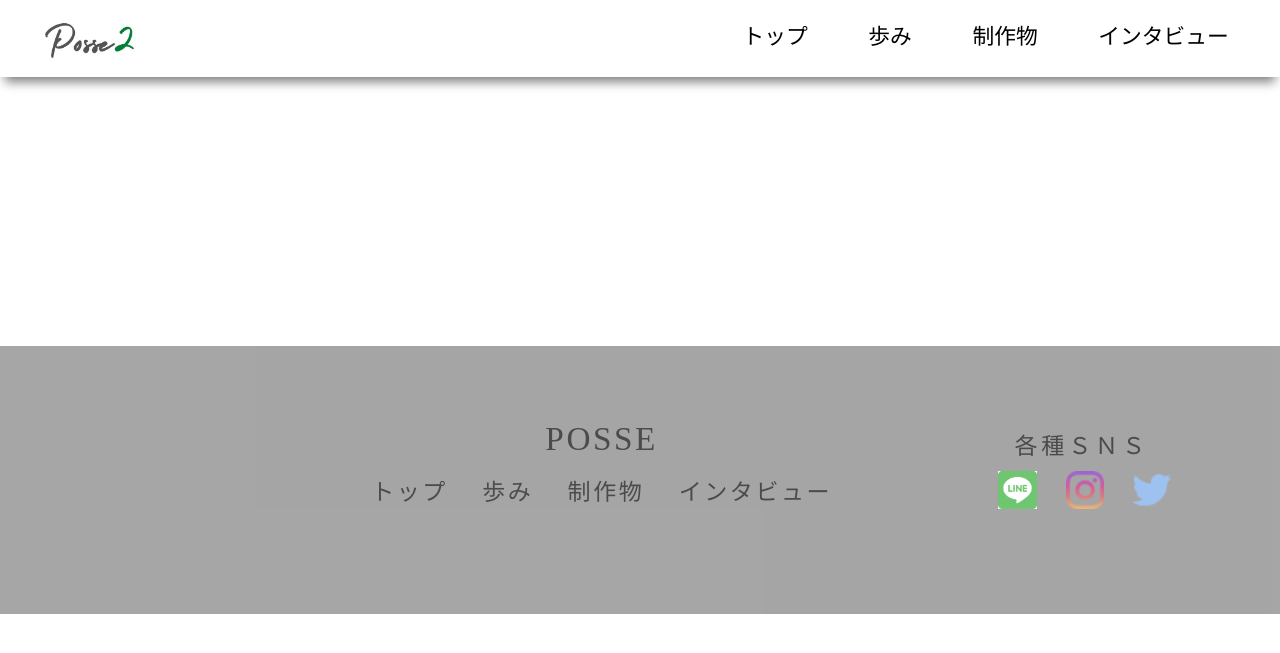
Repository: posse-ap/posse2-hackathon-202202-team2A
Page: topPage/index.html
These files come from the project's save history. The page is drawn as it stood at one moment and after the next save; the edit follows.
The browser window is 1280 px wide. The pictures show the whole page.

Above is the page before, as saved 2022-02-15 02:49:21.

After the next save:
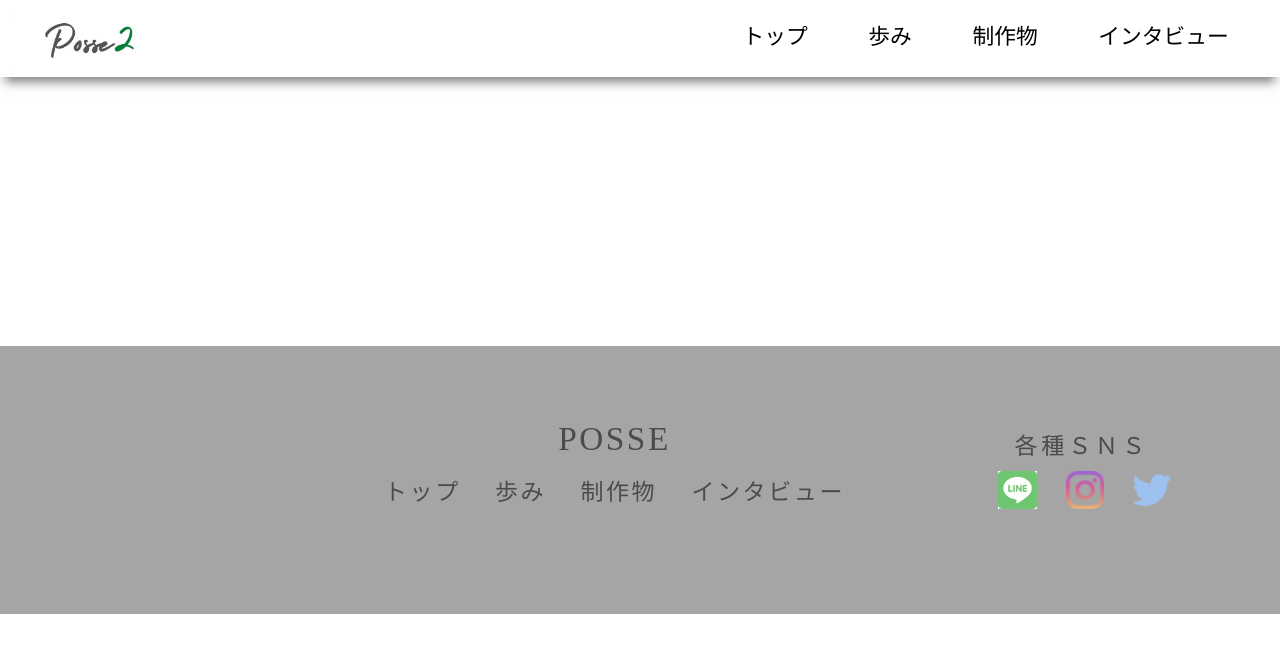
Saved 19 s later.
--- a/topPage/style.css
+++ b/topPage/style.css
@@ -354,7 +354,7 @@ h3 {
 }
 
 .footer_box1{
-    margin-left: 3rem;
+    margin-left: 4rem;
 }
 
 .footer_official_box label p {
